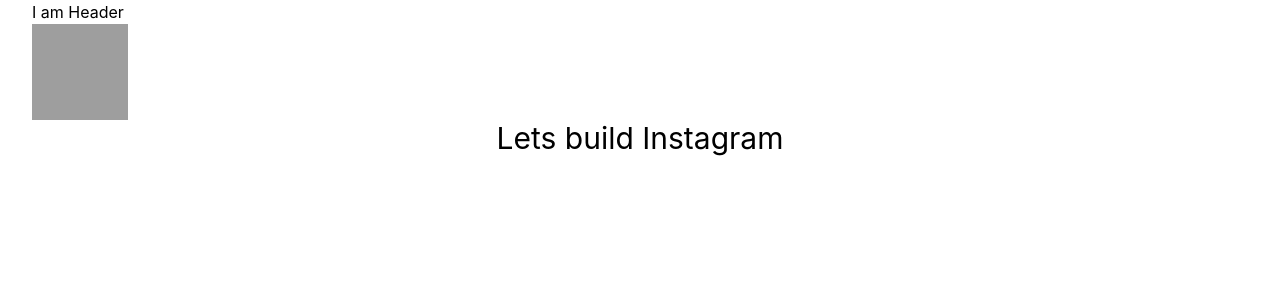
Repository: SehajBindra/insta--clone
Page: /
An editor plug-in stored every save of this project. The page is shown before and after the next save, followed by the edit.
The browser window is 1280 px wide. The pictures show the whole page.
Pictures or frames that could not be fetched are drawn as grey boxes. The project was rebuilt for these pictures with package versions that can differ from the ones it lists, and the page was loaded fresh each time. The framework's server and built-in components were replaced by stand-ins that run in the browser. Also part of the build but not shown: next.config.js.

Above is the page before, as saved 2022-04-11 01:04:03.

### pages/index.js
import Head from 'next/head'
import Image from 'next/image'
import Header from '../components/Header'
import styles from '../styles/Home.module.css'

export default function Home() {
  return (
    <div className={styles.container}>
      <Head>
        <title>Instagram</title>
        <meta name="description" content="Generated by create next app" />
        <link rel="icon" href="https://upload.wikimedia.org/wikipedia/commons/thumb/a/a5/Instagram_icon.png/600px-Instagram_icon.png" />

      </Head>
      <Header />
     <h1 className='text-3xl text-center' >Lets build Instagram</h1>
    </div>
  )
}

### components/Header.js
import React from 'react'
import Image from 'next/image';
function Header() {
  return (
    <div><h1>I am Header</h1>

    <div className='relative w-24 h-24'>
        <Image src= "https://links.papareact.com/ocw" layout="fill" />
    </div>

    </div>
  )
}

export default Header

### tailwind.config.js
module.exports = {
  content: ["./pages/**/*.{js,ts,jsx,tsx}",
  "./components/**/*.{js,ts,jsx,tsx}",],
  theme: {
    extend: {},
  },
  plugins: [],
}

Loaded but not shown: pages/_app.js (common file); styles/globals.css (common file); styles/Home.module.css (common file)

After the next save:
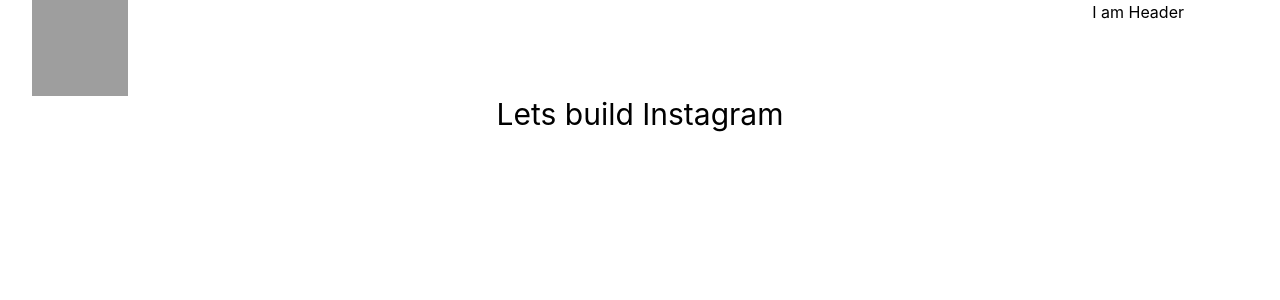
Saved 3 min 54 s later.
--- a/components/Header.js
+++ b/components/Header.js
@@ -2,12 +2,15 @@
 import Image from 'next/image';
 function Header() {
   return (
-    <div><h1>I am Header</h1>
+    <div>
+    <div className='flex justify-between max-w-6xl '>
 
     <div className='relative w-24 h-24'>
         <Image src= "https://links.papareact.com/ocw" layout="fill" />
     </div>
 
+    <h1>I am Header</h1>
+    </div>
     </div>
   )
 }
